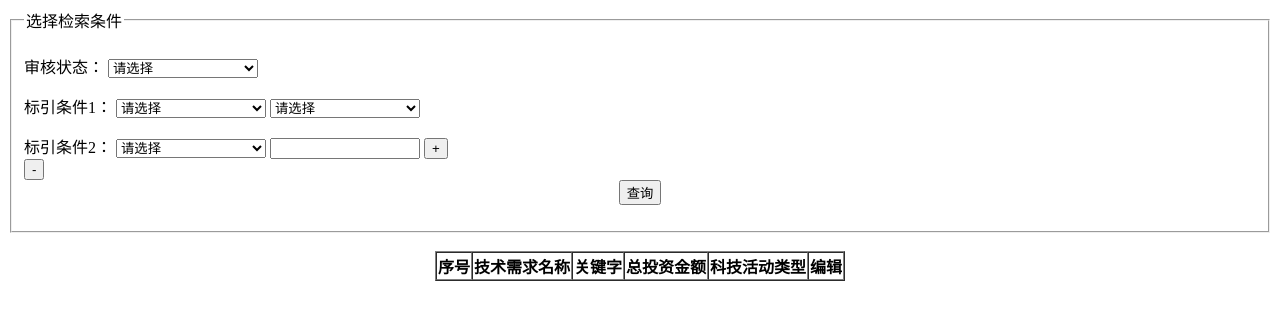
Repository: ZhangZuoxiu/homework
Page: http://localhost/HebeiZhongdaxuqiu/Need/NeedSearch.jsp
The author's editor kept a copy of each file at every save. The page is drawn from the files as they stood at one save, then again after the next save.
The browser window is 1280 px wide. The pictures show the whole page.
The page is served by Tomcat 9. Nobody is signed in. The application's start-up code is not run. Other server files are loaded and not shown.

Above is the page before, as saved 2017-05-16 13:51:07.

### HebeiZhongdaxuqiu1/HebeiZhongdaxuqiu/WebRoot/Need/NeedSearch.jsp
<%@ page language="java" import="java.util.*" pageEncoding="UTF-8"%>
<%
String path = request.getContextPath();
String basePath = request.getScheme()+"://"+request.getServerName()+":"+request.getServerPort()+path+"/";
%>

<!DOCTYPE HTML PUBLIC "-//W3C//DTD HTML 4.01 Transitional//EN">
<html>
  <head>
    <base href="<%=basePath%>">

    <title>需求检索页面</title>

	<meta http-equiv="pragma" content="no-cache">
	<meta http-equiv="cache-control" content="no-cache">
	<meta http-equiv="expires" content="0">
	<meta http-equiv="keywords" content="keyword1,keyword2,keyword3">
	<meta http-equiv="description" content="This is my page">
	<!--
	<link rel="stylesheet" type="text/css" href="styles.css">
	-->

  </head>

  <body>
    <div>
<fieldset>
<legend>选择检索条件</legend>
  <p>	审核状态：
    <label for="ExmainState"></label>
    <select name="Zhuangtai" id="Zhuangtai" style="width:150px">
      <option value="">请选择</option>
      <option value="未审核">未审核</option>
      <option value="形式审核通过">形式审核通过</option>
      <option value="形式审核未通过">形式审核未通过</option>
      <option value="部门审核通过">部门审核通过</option>
      <option value="部门审核未通过">部门审核未通过</option>
    </select>
    </p>
  <p>标引条件1：
  <label for="Biaoyin1"></label>
    <select name="Biaoyin1" id="Biaoyin1" style="width:150px" onchange="change()">
      <option value="">请选择</option>
      <option value="I.GKGLBM">归口管理部门</option>
      <option value="I.SZDY">所在地域</option>
      <option value="I.JGSX">机构属性</option>
      <option value="n.JSXQJJFS">技术需求解决方式</option>
      <option value="n.KJHDLX">科技活动类型</option>
      <option value="n.GLCSBM">管理处室</option>
    </select>
    <select name="Tiaojian1" id="Tiaojian1" style="width:150px">
    <option value="">请选择<option>
  	</select>
  </p>
  <p>
  	<div id="t2">
  	标引条件2：
    <label for="Biaoyin2"></label>
    <select name="Biaoyin2" id="Biaoyin2" style="width:150px">
      <option value="">请选择</option>
      <option value="I.JGQC">机构全称</option>
      <option value="I.FRDB">法人代表</option>
      <option value="I.LXR">联系人</option>
      <option value="n.JSXQMC">技术需求名称</option>
      <option value="n.GJZ">关键字</option>
      <option value="n.JHZTZ">计划总投资</option>
      <option value="n.XKFL">学科分类</option>
      <option value="n.XQJSSSLY">需求技术所属领域</option>
      <option value="n.XQJSYYHY">需求技术应用行业</option>
    </select>
    <input type="text" name="Tiaojian2" id="Tiaojian2" style="width:150px"/>
    <input type="button" value="+" onclick="tiaojianAdd()"></br>
    <input type="button" value="-" onclick="tiaojiandelete()"></br>
    </div>
    <div id="t3"></div>
    <center><input type="button" name="Chaxun" id="Chaxun" value="查询" onclick ="getNeedsbyTiaojian()" style="outline:none" /></center>
  </p>

  </fieldset>

<br>
</div>
<div>
	<table border="1" align="center" cellspacing="0" id="needTable">
	<thead>
	<tr>
		<th>序号</th>
		<th>技术需求名称</th>
		<th>关键字</th>
		<th>总投资金额</th>
		<th>科技活动类型</th>
		<th>编辑</th>
	</tr>
	</thead>
	<tbody></tbody>
	</table>
</div>

<script src="jquery/jquery2.0.0.min.js"></script>
<script type="text/javascript" charset="gbk" src="JS1/NeedSearch.js">
</script>

  </body>
</html>

### HebeiZhongdaxuqiu1/HebeiZhongdaxuqiu/WebRoot/JS1/NeedSearch.js
 function change(){
	  var pro = $("#Biaoyin1");
	  var provalue = pro.find("option:selected").text();
	  var tiaojian = $("#Tiaojian1");
	  tiaojian.empty();//清空城市下拉框
	  tiaojian.append($("<option>请选择</option>"));
	  switch(provalue){
	  case "机构属性":

		  tiaojian.append($("<option>企业</option>"));
		  tiaojian.append($("<option>高等院校</option>"));
		  tiaojian.append($("<option>研究机构</option>"));
		  tiaojian.append($("<option>其他</option>"));
		  break;
     	  case "所在地域":
     		 // tiaojian.append($("<option>请选择</option>"));
			  tiaojian.append($("<option>石家庄市</option>"));
			  tiaojian.append($("<option>唐山市</option>"));
			  tiaojian.append($("<option>秦皇岛市</option>"));
			  tiaojian.append($("<option>邯郸市</option>"));
			  tiaojian.append($("<option>邢台市</option>"));
			  tiaojian.append($("<option>保定市</option>"));
			  tiaojian.append($("<option>张家口市</option>"));
			  tiaojian.append($("<option>承德市</option>"));
			  tiaojian.append($("<option>沧州市</option>"));
			  tiaojian.append($("<option>廊坊市</option>"));
			  tiaojian.append($("<option>衡水市</option>"));
			  tiaojian.append($("<option>定州市</option>"));
			  tiaojian.append($("<option>辛集市</option>"));
			  tiaojian.append($("<option>其他</option>"));
			  break;
     case "归口管理部门":
    	 tiaojian.append($("<option>请选择</option>"));
    	 var dep;

    	 $.getJSON("loadGkglbms", function(data) {
    			$("#Tiaojian1").html("");//Tiaojian1
    			$("#Tiaojian1").append("<option value=''>请选择</option>");
    			$.each(data.gkglbms, function(i, item) {
    				$("#Tiaojian1").append(
    						"<option value='"+ item.department+"'>"+item.department+"</option>");
    			});
    		});

		  break;
     case "技术需求解决方式":
    	//  tiaojian.append($("<option>请选择</option>"));
		  tiaojian.append($("<option>独立研发</option>"));
		  tiaojian.append($("<option>委托研发</option>"));
		  tiaojian.append($("<option>合作研发</option>"));
		  tiaojian.append($("<option>其他</option>"));
		  break;
     case "科技活动类型":
    //	  tiaojian.append($("<option>请选择</option>"));
		  tiaojian.append($("<option>基础研究</option>"));
		  tiaojian.append($("<option>应用研究</option>"));
		  tiaojian.append($("<option>试验发展</option>"));
		  tiaojian.append($("<option>研究与试验发展成果应</option>"));
		  tiaojian.append($("<option>技术推广与科技服务</option>"));
		  tiaojian.append($("<option>生产性活动</option>"));
		  break;
     case "管理处室":
    	//  tiaojian.append($("<option>请选择</option>"));
		  tiaojian.append($("<option>办公室</option>"));
		  tiaojian.append($("<option>人事处</option>"));
		  tiaojian.append($("<option>机关党委</option>"));
		  tiaojian.append($("<option>政策法规处</option>"));
		  tiaojian.append($("<option>计划财务处</option>"));
		  tiaojian.append($("<option>平台与基础处</option>"));
		  tiaojian.append($("<option>国际合作处</option>"));
		  tiaojian.append($("<option>高新技术处</option>"));
		  tiaojian.append($("<option>农村科技处</option>"));
		  tiaojian.append($("<option>社会发展处</option>"));
		  tiaojian.append($("<option>成果与市场处</option>"));
		  tiaojian.append($("<option>监察室</option>"));
		  tiaojian.append($("<option>离退休干部处</option>"));
		  tiaojian.append($("<option>知识产权局</option>"));
		  tiaojian.append($("<option>半干旱中心</option>"));
		  tiaojian.append($("<option>山办</option>"));
		  tiaojian.append($("<option>机关服务中心</option>"));
		  tiaojian.append($("<option>科技研发中心</option>"));
		  tiaojian.append($("<option>科技情报研究院</option>"));
		  tiaojian.append($("<option>器材公司</option>"));
		  tiaojian.append($("<option>基金办</option>"));
		  tiaojian.append($("<option>档案馆</option>"));
		  tiaojian.append($("<option>科技管理信息中心</option>"));
		  tiaojian.append($("<option>科技投资中心</option>"));
		  tiaojian.append($("<option>成果转换中心</option>"));
		  tiaojian.append($("<option>中小企业创新资金管理中心</option>"));
		  tiaojian.append($("<option>对外交流中心</option>"));

		  break;
	  }
  }

 function tiaojianAdd(){
	 $("#t3").append($("#t2").clone());
 }

 function tiaojiandelete(){
	 $(this).parent().remove();
 }

 function getNeedsbyTiaojian(){
	 var Zhuangtai = $("#Zhuangtai").val();
	 var ZhuangtaiTiaojian="";
	 var ZhuangtaiVal ="";
	 if(Zhuangtai=='未审核')
	 {
		 ZhuangtaiTiaojian = "XSSFSH";
		 ZhuangtaiVal = "0";
	 }
	 else if(Zhuangtai=='形式审核通过')
	 {
		 ZhuangtaiTiaojian = "XSSFSH";
		 ZhuangtaiVal = "1";
	 }
	 else if(Zhuangtai=='形式审核未通过')
	 {
		 ZhuangtaiTiaojian = "XSSFSH";
		 ZhuangtaiVal = "2";
	 }
	 else if(Zhuangtai=='部门审核通过')
	 {
		 ZhuangtaiTiaojian = "BMSFSH";
		 ZhuangtaiVal = "1";
	 }
	 else if(Zhuangtai=='部门审核未通过')
	 {
		 ZhuangtaiTiaojian = "BMSFSH";
		 ZhuangtaiVal = "2";
	 }else
	 {
		 ZhuangtaiTiaojian = "";
		 ZhuangtaiVal = "";
	 }

	 alert(ZhuangtaiTiaojian+":"+ZhuangtaiVal);
	 var Biaoyin1 = $("#Biaoyin1").val();
	 var Tiaojian1 = $("#Tiaojian1").val();
	 var Biaoyin2 = $("#Biaoyin2").val();
	 var Tiaojian2 = $("#Tiaojian2").val();
	 $.ajax({
		 type:"post",
		 dataType:"text",
		 url:"getNeedsbyTiaojian",
		 data:{
			 'ZhuangtaiTiaojian': ZhuangtaiTiaojian,
			 'ZhuangtaiVal' :ZhuangtaiVal,
			 'Biaoyin1' : Biaoyin1,
			 'Tiaojian1' : Tiaojian1,
			 'Biaoyin2' : Biaoyin2,
			 'Tiaojian2' : Tiaojian2
		 },
		 success:function(data)
		 {
			 var data1 = eval("("+data+")");
			 $("#needTable tbody").html("");
			 /*alert(data1.needs.);*/
			 $.each(data1.needVoIns, function(i, item) {
			 $("#needTable tbody").append('<tr><td>'+item.WJID+'</td>'
	    				 +'<td>'+item.JSXQMC+'</td>'
	    				 +'<td>'+item.GJZ+'</td>'
	    				 +'<td>'+item.JHZTZ+'</td>'
	    				 +'<td>'+item.KJHDLX+'</td>'
	    				 +'<td><a href="#">查看</a></td></tr>'
	    		 );
			 });
		 }
	 });
 }

Loaded but not shown: HebeiZhongdaxuqiu1/HebeiZhongdaxuqiu/WebRoot/jquery/jquery2.0.0.min.js (library)

After the next save:
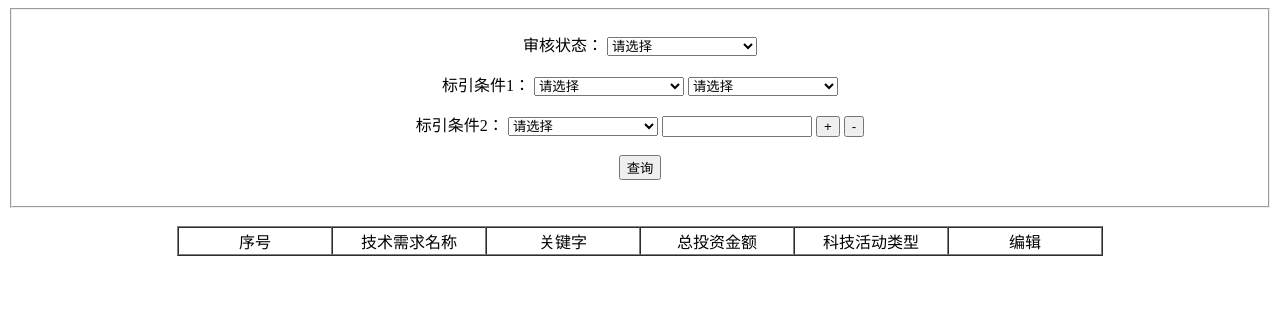
Saved 69 s later.
--- a/HebeiZhongdaxuqiu1/HebeiZhongdaxuqiu/WebRoot/Need/NeedSearch.jsp
+++ b/HebeiZhongdaxuqiu1/HebeiZhongdaxuqiu/WebRoot/Need/NeedSearch.jsp
@@ -25,7 +25,7 @@ String basePath = request.getScheme()+"://"+request.getServerName()+":"+request.
   <body>
     <div>
 <fieldset>
-<legend>选择检索条件</legend>
+<center>
   <p>	审核状态：
     <label for="ExmainState"></label>
     <select name="Zhuangtai" id="Zhuangtai" style="width:150px">
@@ -69,13 +69,14 @@ String basePath = request.getScheme()+"://"+request.getServerName()+":"+request.
       <option value="n.XQJSYYHY">需求技术应用行业</option>
     </select>
     <input type="text" name="Tiaojian2" id="Tiaojian2" style="width:150px"/>
-    <input type="button" value="+" onclick="tiaojianAdd()"></br>
+    <input type="button" value="+" onclick="tiaojianAdd()">
     <input type="button" value="-" onclick="tiaojiandelete()"></br>
     </div>
     <div id="t3"></div>
+    <br>
     <center><input type="button" name="Chaxun" id="Chaxun" value="查询" onclick ="getNeedsbyTiaojian()" style="outline:none" /></center>
   </p>
-
+  </center>
   </fieldset>
 
 <br>
@@ -84,12 +85,12 @@ String basePath = request.getScheme()+"://"+request.getServerName()+":"+request.
 	<table border="1" align="center" cellspacing="0" id="needTable">
 	<thead>
 	<tr>
-		<th>序号</th>
-		<th>技术需求名称</th>
-		<th>关键字</th>
-		<th>总投资金额</th>
-		<th>科技活动类型</th>
-		<th>编辑</th>
+		<td width="150" align="center">序号</td>
+		<td width="150" align="center">技术需求名称</td>
+		<td width="150" align="center">关键字</td>
+		<td width="150" align="center">总投资金额</td>
+		<td width="150" align="center">科技活动类型</td>
+		<td width="150" align="center">编辑</td>
 	</tr>
 	</thead>
 	<tbody></tbody>
